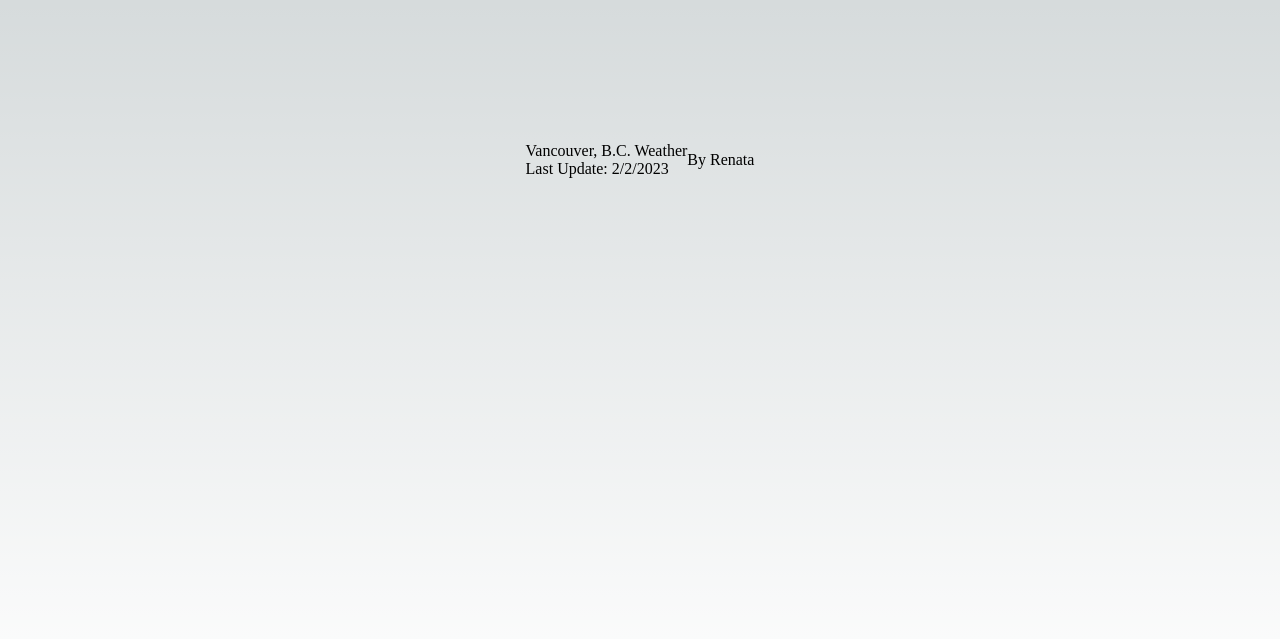
Repository: RenataDzotova/WeatherMate
Page: /
An editor plug-in stored every save of this project. The page is shown before and after the next save, followed by the edit.
The browser window is 1280 px wide. The pictures show the whole page.
The project was rebuilt for these pictures with package versions that can differ from the ones it lists, and the page was loaded fresh each time. The framework's server and built-in components were replaced by stand-ins that run in the browser. Also part of the build but not shown: next.config.js.

Above is the page before, as saved 2023-02-23 21:15:20.

### pages/index.js
import Head from 'next/head'
import Image from 'next/image'
import { Inter } from '@next/font/google'
import styles from '@/styles/Home.module.css'
import { useEffect, useRef, useState } from 'react'
import axios from 'axios'
import { FlexBox, Wrapper } from '@/styles/global'

export default function Home() {

  var apiKey = "f1c3aba9f416efdb16702d2866709e98";
  const location = "vancouver";
  var lang = "en";
  var units = "metric";
  const url = `https://api.openweathermap.org/data/2.5/forecast?q=${location}&units=${units}&appid=${apiKey}&lang=${lang}`;

  const [data, setData] = useState();
  const grabWeather = useRef(false);

  const fetchWeather = async () => {
    const response = await axios.get(url);
    console.log(response);

    console.log(response.data.list);
    const arrayOfDays = [];

    let weatherData = response.data.list.map((weather, index)=>{
      console.log(parseInt(weather.dt_txt.substr(8,2),10))
      let num = parseInt(weather.dt_txt.substr(8,2),10)

      if (num !== arrayOfDays.find(element => element === num)) {
        arrayOfDays.push(num);
        console.log("Here");
        console.log(response.data.list[index]);

        var month = '';
        var icon = '';

        if (weather.dt_txt.substr(5,2) == 1){
          month = 'January';
        } else if (weather.dt_txt.substr(5,2) == 2){
          month = 'February';
        }else if (weather.dt_txt.substr(5,2) == 3){
          month = 'March';
        }else if (weather.dt_txt.substr(5,2) == 4){
          month = 'April';
        }else if (weather.dt_txt.substr(5,2) == 5){
          month = 'May';
        }else if (weather.dt_txt.substr(5,2) == 6){
          month = 'June';
        }else if (weather.dt_txt.substr(5,2) == 7){
          month = 'July';
        }else if (weather.dt_txt.substr(5,2) == 8){
          month = 'August';
        }else if (weather.dt_txt.substr(5,2) == 9){
          month = 'September';
        }else if (weather.dt_txt.substr(5,2) == 10){
          month = 'October';
        }else if (weather.dt_txt.substr(5,2) == 11){
          month = 'November';
        }else if (weather.dt_txt.substr(5,2) == 12){
          month = 'December';
        }

        if (weather.weather[0].main == "Clouds"){
          icon = '/weather icons/clouds.svg'
        } else if(weather.weather[0].main == "Clear"){
          icon = '/weather icons/sun.svg'
        }else if(weather.weather[0].main == "Atmosphere"){
          icon = '/weather icons/mist.svg'
        }else if(weather.weather[0].main == "Rain"){
          icon = '/weather icons/rain.svg'
        }else if(weather.weather[0].main == "Drizzle"){
          icon = '/weather icons/rain.svg'
        }else if(weather.weather[0].main == "Snow"){
          icon = '/weather icons/snow.svg'
        }else if(weather.weather[0].main == "Thunderstorm"){
          icon = '/weather icons/thunderstorm.svg'
        }


        var now = new Date(weather.dt_txt);
        var days = ["Sunday", "Monday", "Tuesday", "Wednsday", "Thursday", "Friday", "Saturday"];
        var day = days[now.getDay()];

        return(
          <FlexBox dir="column" width="100%" key={index}>
            <Image
            src={icon}
            alt={icon}
            width={180}
            height={180}
            priority
            />
            <p>
              {day} <br /> {month} {weather.dt_txt.substr(8,2)}, {weather.dt_txt.substr(0,4)}
            </p>
            <FlexBox>{weather.main.temp.toFixed(1)}°</FlexBox>
            <FlexBox>{weather.weather[0].main}</FlexBox>
          </FlexBox>
        )
      }
    })
    console.log(arrayOfDays);
    setData(weatherData);
  }

  useEffect (() => {
    if(grabWeather.current === true) {
      fetchWeather();
    }

    return () => {
      grabWeather.current = true;
    }
  }, [])

  const current = new Date();
  const date = `${current.getDate()}/${current.getMonth()+1}/${current.getFullYear()}`


  return (
    <>
      {/* <Head>
        <title>Create Next App</title>
        <meta name="description" content="Generated by create next app" />
        <meta name="viewport" content="width=device-width, initial-scale=1" />
        <link rel="icon" href="/logo.svg.ico" />
      </Head> */}
      <Wrapper height="">
        <FlexBox dir="column">
          <FlexBox width="100%">
            <p>
              Vancouver, B.C. Weather <br/>
              Last Update: {date}
            </p>
            <div>
              <a
                href=""
                target="_blank"
                rel="noopener noreferrer"
              >
                By{' '}
                Renata
              </a>
            </div>
          </FlexBox>

            <FlexBox width="100%" justifyContent="center" alignItems="center">
            <Image
            className={styles.logo}
            src="/logo.svg"
            alt="Next.js Logo"
            width={700}
            height={400}
            priority
            />
            </FlexBox>

          <FlexBox>
            {data}
          </FlexBox>
        </FlexBox>
      </Wrapper>
    </>
  )
}

### styles/Home.module.css
.main {
  display: flex;
  flex-direction: column;
  justify-content: space-between;
  align-items: center;
  padding: 6rem;
  min-height: 100vh;
}

.description {
  display: inherit;
  justify-content: inherit;
  align-items: inherit;
  font-size: 0.85rem;
  max-width: var(--max-width);
  width: 100%;
  z-index: 2;
  font-family: var(--font-mono);
}

.description a {
  display: flex;
  justify-content: center;
  align-items: center;
  gap: 0.5rem;
}

.description p {
  position: relative;
  margin: 0;
  padding: 1rem;
  background-color: rgba(var(--callout-rgb), 0.5);
  border: 1px solid rgba(var(--callout-border-rgb), 0.3);
  border-radius: var(--border-radius);
}

.code {
  font-weight: 700;
  font-family: var(--font-mono);
}

.grid {
  display: grid;
  grid-template-columns: repeat(5, minmax(20%, auto));
  width: var(--max-width);
  max-width: 100%;
}

.card {
  padding: 1rem 1.2rem;
  border-radius: var(--border-radius);
  background: rgba(var(--card-rgb), 0);
  border: 1px solid rgba(var(--card-border-rgb), 0);
  transition: background 200ms, border 200ms;
}

.card span {
  display: inline-block;
  transition: transform 200ms;
}

.card h2 {
  font-weight: 600;
  margin-bottom: 0.7rem;
}

.card p {
  margin: 0;
  opacity: 0.6;
  font-size: 0.9rem;
  line-height: 1.5;
  max-width: 30ch;
}

.center {
  display: flex;
  justify-content: center;
  align-items: center;
  position: relative;
  padding: 4rem 0;
}

.center::before {
  background: var(--secondary-glow);
  border-radius: 50%;
  width: 480px;
  height: 360px;
  margin-left: -400px;
}

.center::after {
  background: var(--primary-glow);
  width: 240px;
  height: 180px;
  z-index: -1;
}

.center::before,
.center::after {
  content: '';
  left: 50%;
  position: absolute;
  filter: blur(45px);
  transform: translateZ(0);
}

.logo,
.thirteen {
  position: relative;
}

.thirteen {
  display: flex;
  justify-content: center;
  align-items: center;
  width: 75px;
  height: 75px;
  padding: 25px 10px;
  margin-left: 16px;
  transform: translateZ(0);
  border-radius: var(--border-radius);
  overflow: hidden;
  box-shadow: 0px 2px 8px -1px #0000001a;
}

.thirteen::before,
.thirteen::after {
  content: '';
  position: absolute;
  z-index: -1;
}

/* Conic Gradient Animation */
.thirteen::before {
  animation: 6s rotate linear infinite;
  width: 200%;
  height: 200%;
  background: var(--tile-border);
}

/* Inner Square */
.thirteen::after {
  inset: 0;
  padding: 1px;
  border-radius: var(--border-radius);
  background: linear-gradient(
    to bottom right,
    rgba(var(--tile-start-rgb), 1),
    rgba(var(--tile-end-rgb), 1)
  );
  background-clip: content-box;
}

/* Enable hover only on non-touch devices */
@media (hover: hover) and (pointer: fine) {
  .card:hover {
    background: rgba(var(--card-rgb), 0.1);
    border: 1px solid rgba(var(--card-border-rgb), 0.15);
  }

  .card:hover span {
    transform: translateX(4px);
  }
}

@media (prefers-reduced-motion) {
  .thirteen::before {
    animation: none;
  }

  .card:hover span {
    transform: none;
  }
}

/* Mobile */
@media (max-width: 700px) {
  .content {
    padding: 4rem;
  }

  .grid {
    grid-template-columns: 1fr;
    margin-bottom: 120px;
    max-width: 320px;
    text-align: center;
  }

  .card {
    padding: 1rem 2.5rem;
  }

  .card h2 {
    margin-bottom: 0.5rem;
  }

  .center {
    padding: 8rem 0 6rem;
  }

  .center::before {
    transform: none;
    height: 300px;
  }

  .description {
    font-size: 0.8rem;
  }

  .description a {
    padding: 1rem;
  }

  .description p,
  .description div {
    display: flex;
    justify-content: center;
    position: fixed;
    width: 100%;
  }

  .description p {
    align-items: center;
    inset: 0 0 auto;
    padding: 2rem 1rem 1.4rem;
    border-radius: 0;
    border: none;
    border-bottom: 1px solid rgba(var(--callout-border-rgb), 0.25);
    background: linear-gradient(
      to bottom,
      rgba(var(--background-start-rgb), 1),
      rgba(var(--callout-rgb), 0.5)
    );
    background-clip: padding-box;
    backdrop-filter: blur(24px);
  }

  .description div {
    align-items: flex-end;
    pointer-events: none;
    inset: auto 0 0;
    padding: 2rem;
    height: 200px;
    background: linear-gradient(
      to bottom,
      transparent 0%,
      rgb(var(--background-end-rgb)) 40%
    );
    z-index: 1;
  }
}

/* Tablet and Smaller Desktop */
@media (min-width: 701px) and (max-width: 1120px) {
  .grid {
    grid-template-columns: repeat(2, 50%);
  }
}

@media (prefers-color-scheme: dark) {
  .vercelLogo {
    filter: invert(1);
  }

  .logo,
  .thirteen img {
    filter: invert(1) drop-shadow(0 0 0.3rem #ffffff70);
  }
}

@keyframes rotate {
  from {
    transform: rotate(360deg);
  }
  to {
    transform: rotate(0deg);
  }
}

### styles/global.js
import styled from 'styled-components'

export const FlexBox = styled.div`
    display:flex;
    justify-content:${props=>props.justifyContent || "center"};
    align-items:${props=>props.alignItems || "center"};
    flex-direction:${props=>props.dir || "row"};
    flex-wrap: ${props=>props.flexWrap};
    width: ${props=>props.width};
    height: ${props=>props.height};
    background-color: ${props=>props.bgColor};
    padding: ${props=>props.padding};
    margin: ${props=>props.margin || "0px"};
    min-height: ${props=>props.minHeight};
    max-height: ${props=>props.maxHeight};
    background-image: ${props=>props.linearGradient || "none"}, url(${props=>props.bgImage});
    background-position: ${props=>props.bgPosition || "center"};
    background-size: ${props=>props.bgSize || "cover"};
    background-repeat: ${props=>props.bgRepeat};
    border-radius:${props=>props.borderRadius};
    filter: ${props=>props.filter};
    border: ${props=>props.border};
    z-index:${props=>props.zIndex};
    position: ${props=>props.position};
    top: ${props=>props.top};
    left:${props=>props.left};
    bottom: ${props=>props.bottom};
    border-bottom-style: ${props=>props.borderBottom};
    box-shadow: ${props=>props.boxShadow};
    border-top: ${props=>props.topBorder};
    border-bottom: ${props=>props.bottomBorder};
    color: ${props=>props.color};
    font-weight: ${props=>props.fontWeight};
    cursor: ${props=>props.cursor};
    max-width: ${props=>props.maxWidth};
    min-width: ${props=>props.minWidth};
    overflow-y: ${props=>props.overflowY};
    overflow-anchor: ${props=>props.overflowA};
    overflow-x: ${props=>props.overflowX};
`

export const Wrapper = styled(FlexBox) `
    width: 100vw;
    height: ${props=>props.height || "100vh"};
    padding:${props=>props.padding};
    overflow-x: ${props=>props.overflowX};
    overflow-y: ${props=>props.overflowY};
`

export const HorizontalScrollContainer = styled(FlexBox)`
    overflow-y: scroll;
    width: ${props=>props.width || "100vw"};
    scrollbar-width: none;

`

export const ImgPlaceholder = styled.div`
    width: ${props=>props.width || "134px"};
    height: ${props=>props.height || "154px"};
    border-radius: ${props=>props.borderRadius || "8px 0px 0px 8px"};
    background-image: url(${props=>props.bgImage});
    margin: ${props=>props.margin};
    position: ${props=>props.position};
    top: ${props=>props.top};
    background-position: center;
    background-size: cover;
`

Loaded but not shown: pages/_app.js (common file); pages/_document.js (common file); styles/globals.css (common file)

After the next save:
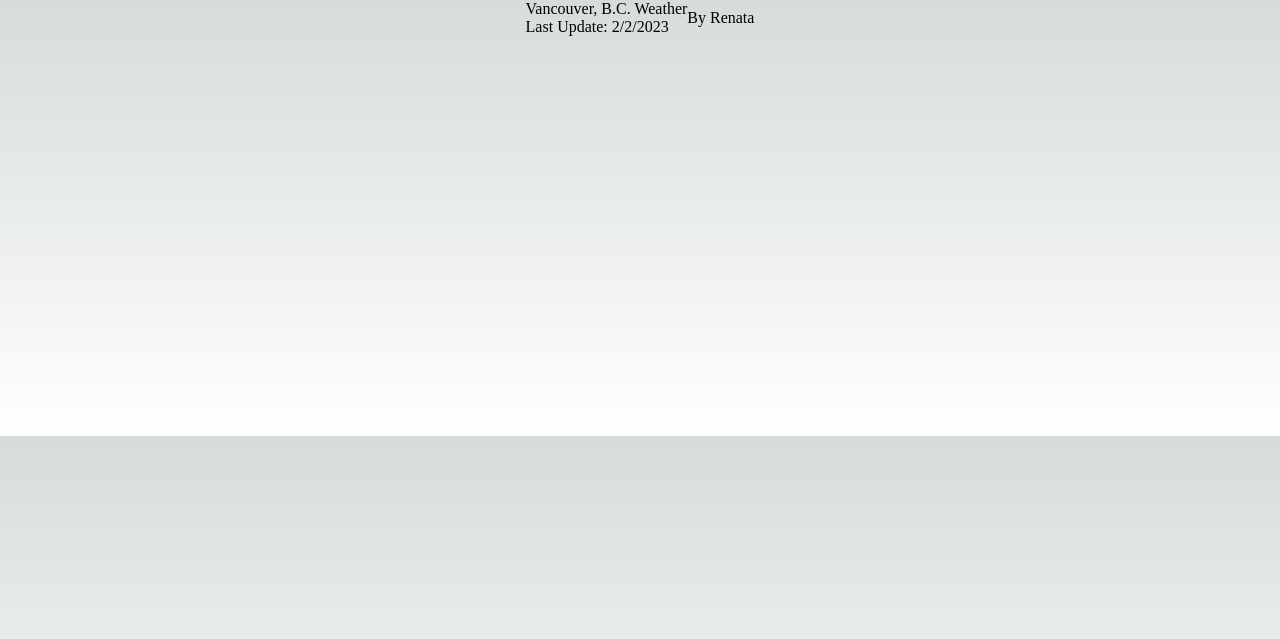
Saved 19 s later.
--- a/pages/index.js
+++ b/pages/index.js
@@ -127,7 +127,7 @@
         <meta name="viewport" content="width=device-width, initial-scale=1" />
         <link rel="icon" href="/logo.svg.ico" />
       </Head> */}
-      <Wrapper height="">
+      <Wrapper height="fit-content">
         <FlexBox dir="column">
           <FlexBox width="100%">
             <p>
